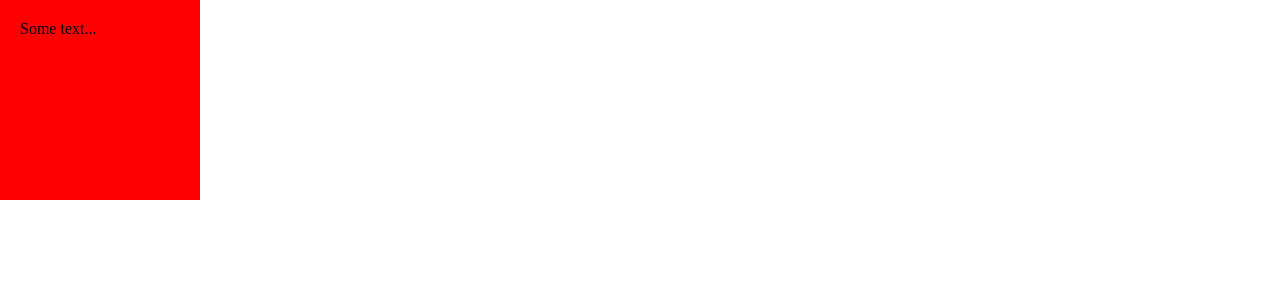
Repository: kamilluc/advanced-css-course
Page: Natours/my-implementation/index.html
These files come from the project's save history. The page is drawn as it stood at one moment and after the next save; the edit follows.
The browser window is 1280 px wide. The pictures show the whole page.

Above is the page before, as saved 2019-05-24 20:34:52.

### Natours/my-implementation/index.html
<!DOCTYPE html>
<html lang="en">
  <head>
    <meta charset="UTF-8" />
    <meta name="viewport" content="width=device-width, initial-scale=1.0" />

    <link
      href="https://fonts.googleapis.com/css?family=Lato:100,300,400,700,900"
      rel="stylesheet"
    />

    <link rel="stylesheet" href="css/icon-font.css" />
    <link rel="stylesheet" href="css/style.css" />
    <link rel="shortcut icon" type="image/png" href="img/favicon.png" />

    <title>Natours | Exciting tours for adventurous people</title>
  </head>
  <body>
    <!-- HEADER -->
    <header class="header">
      Some text...
    </header>
  </body>
</html>

### Natours/my-implementation/css/style.css
/*
COLORS:

Light green: #7ed56f
Medium green: #55c57a
Dark green: #28b485

*/
/* BASIC RESET, NORMALIZE COULD BE USED BUT NOT REALLY NEEDED */
*,
::before,
::after {
  margin: 0;
  padding: 0;
  box-sizing: border-box;
}

.header {
  height: 200px;
  width: 200px;
  background-color: red;
  padding: 20px;
}

Loaded but not shown: Natours/my-implementation/css/icon-font.css (no copy from this time; the picture is the same without it)

After the next save:
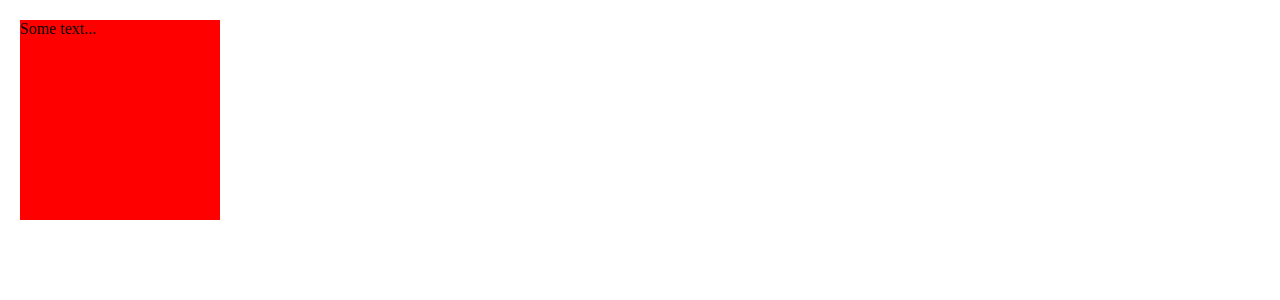
Saved 10 s later.
--- a/Natours/my-implementation/css/style.css
+++ b/Natours/my-implementation/css/style.css
@@ -19,5 +19,5 @@ Dark green: #28b485
   height: 200px;
   width: 200px;
   background-color: red;
-  padding: 20px;
+  margin: 20px;
 }
